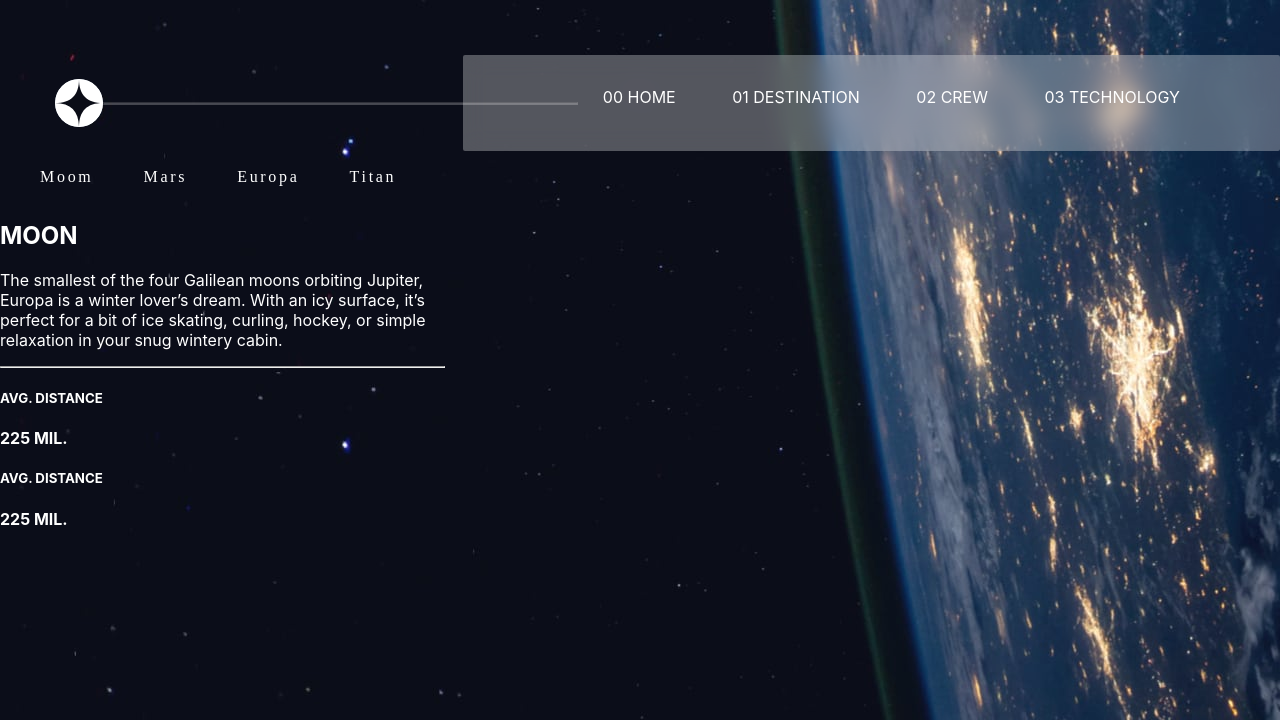
Repository: jhonenmanuel1/FrontEndMentor-MultiPageSpace
Page: /
An editor plug-in stored every save of this project. The page is shown before and after the next save, followed by the edit.
The browser window is 1280 px wide. The pictures show the whole page.
The project was rebuilt for these pictures with package versions that can differ from the ones it lists, and the page was loaded fresh each time. Also part of the build but not shown: src/views/home.js.

Above is the page before, as saved 2022-06-23 23:04:07.

After the next save:
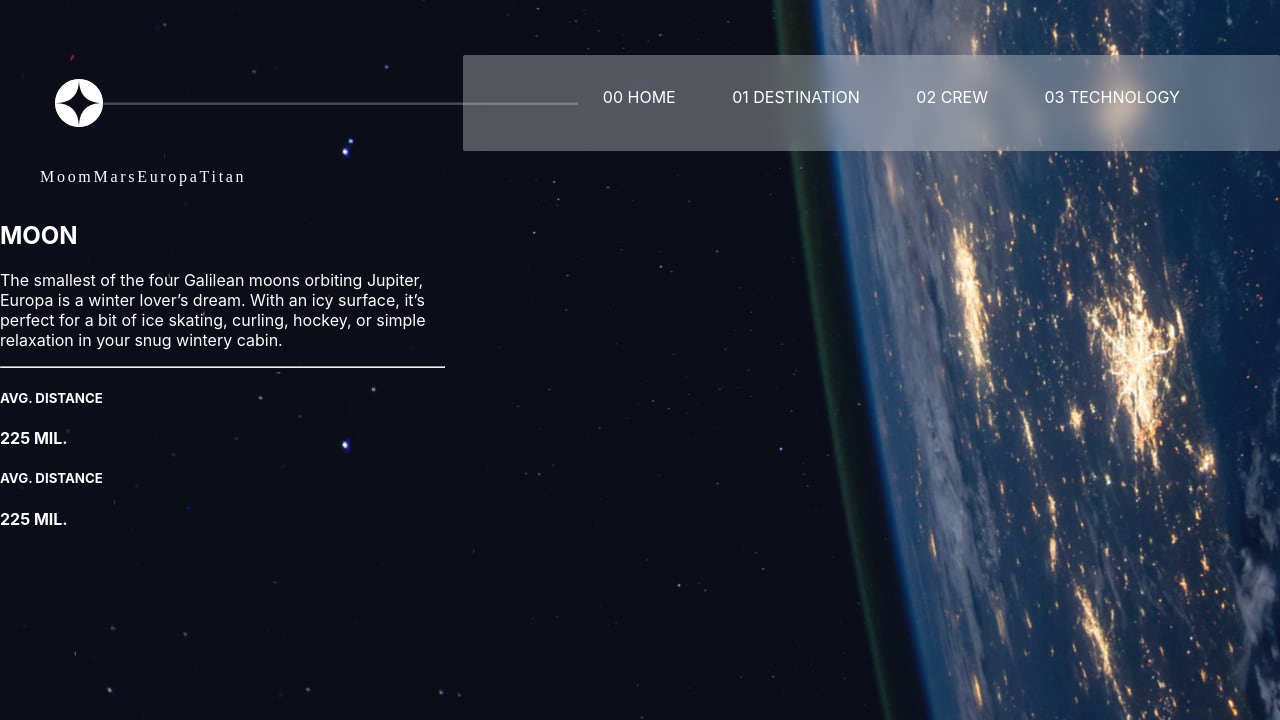
Saved 37 s later.
--- a/src/styles/planetcardinfo.module.css
+++ b/src/styles/planetcardinfo.module.css
@@ -23,5 +23,5 @@
   font-size: 16px;
   line-height: 19px;
   letter-spacing: 2.7px;
-  margin-right: 50px;
+
 }

After the 4 saves that followed:
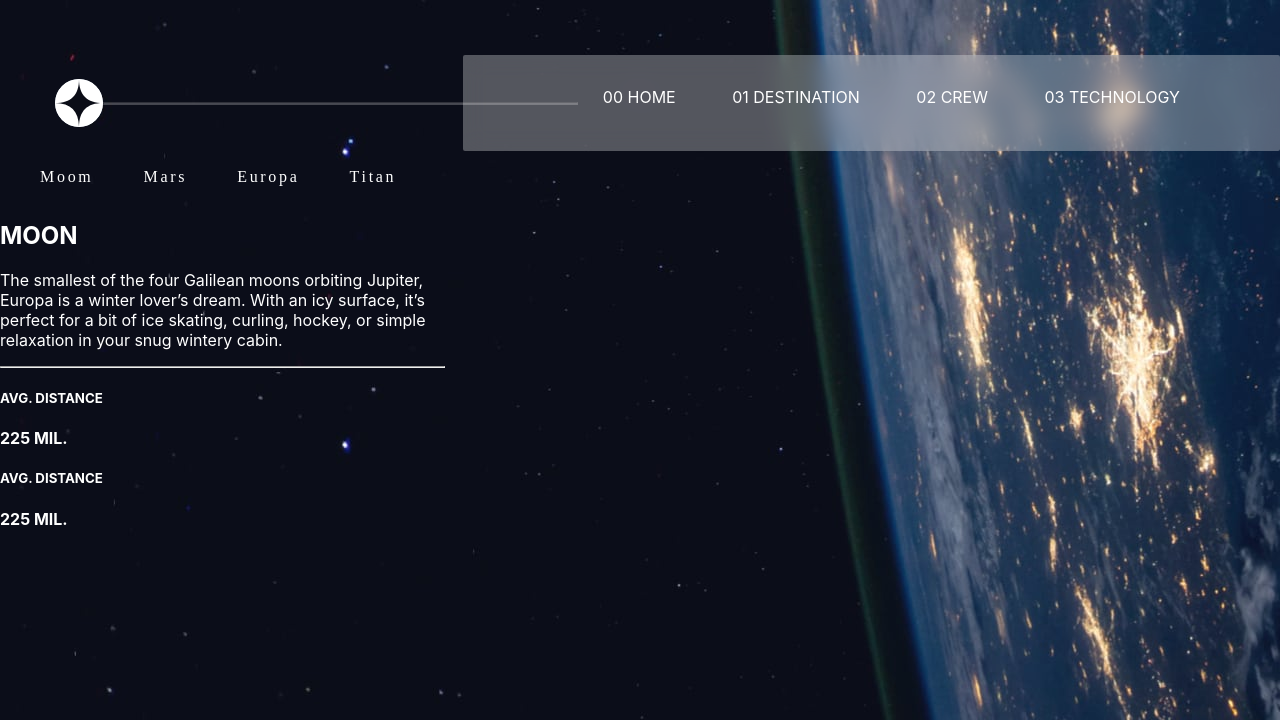
The 4 saves are shown as one change because 3 left the picture as it was.
The last was saved 110 s later.
--- a/src/styles/planetcardinfo.module.css
+++ b/src/styles/planetcardinfo.module.css
@@ -9,6 +9,7 @@
 
 .planetCardHeader ul {
   display: flex;
+  justify-content: space-between;
   height: 34px;
   width: 285px;
 }
@@ -23,5 +24,5 @@
   font-size: 16px;
   line-height: 19px;
   letter-spacing: 2.7px;
-
+  margin-right: 50px;
 }
